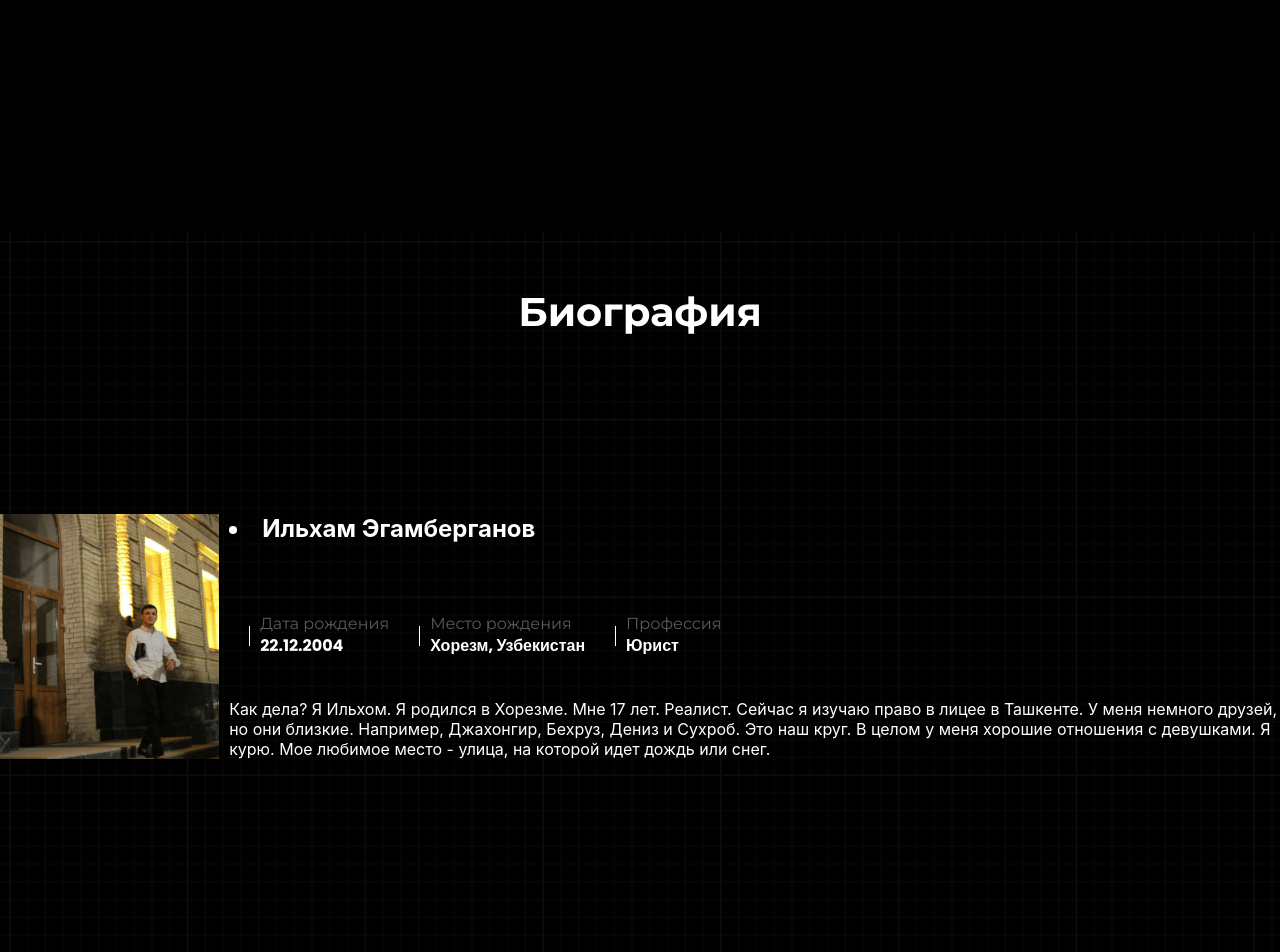
Repository: sardorexe/xishnik
Page: /
The author's editor kept a copy of each file at every save. The page is drawn from the files as they stood at one save, then again after the next save.
The browser window is 1280 px wide. The pictures show the part of the page from y = 488 to 1440 px (the page is 1440 px tall).
Pictures or frames that could not be fetched are drawn as grey boxes. Some icons come from a web library that is not loaded, so they are not drawn. Some web libraries are served in a nearby version. The project was rebuilt for these pictures with package versions that can differ from the ones it lists, and the page was loaded fresh each time. Some packages were replaced by stand-ins written for this rebuild. The framework's server and built-in components were replaced by stand-ins that run in the browser. Also part of the build but not shown: next.config.js.

Above is the page before, as saved 2021-09-27 16:10:48.

After the next save:
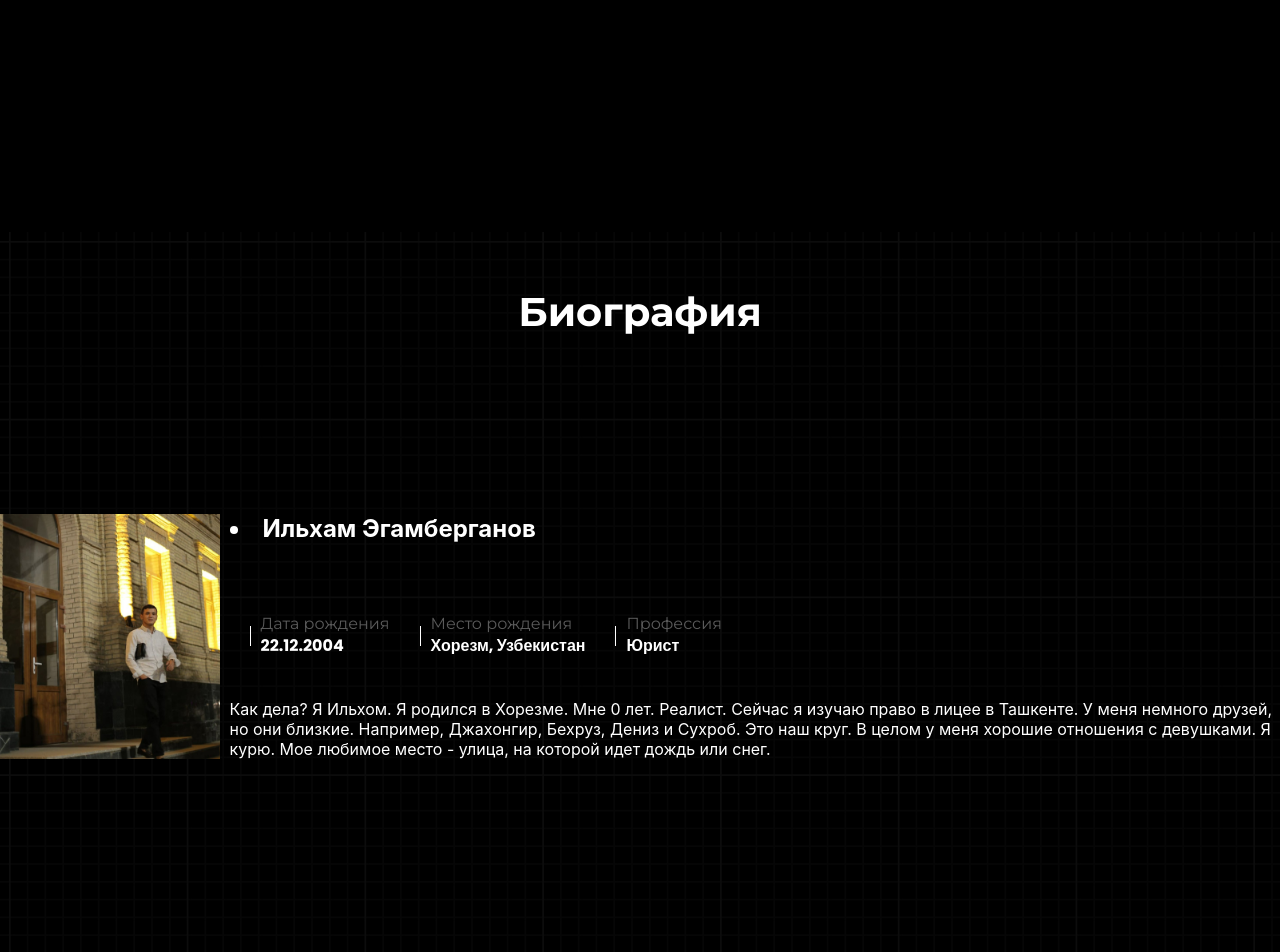
Saved 6 s later.
--- a/comps/Biography.js
+++ b/comps/Biography.js
@@ -43,11 +43,11 @@ export default function Biography() {
             />
           </div>
           <p className={styles.more}>
-            Как дела? Я Ильхом. Я родился в Хорезме. Мне 17 лет. Реалист. Сейчас
-            я изучаю право в лицее в Ташкенте. У меня немного друзей, но они
-            близкие. Например, Джахонгир, Бехруз, Дениз и Сухроб. Это наш круг.
-            В целом у меня хорошие отношения с девушками. Я курю. Мое любимое
-            место - улица, на которой идет дождь или снег.
+            Как дела? Я Ильхом. Я родился в Хорезме. Мне {age} лет. Реалист.
+            Сейчас я изучаю право в лицее в Ташкенте. У меня немного друзей, но
+            они близкие. Например, Джахонгир, Бехруз, Дениз и Сухроб. Это наш
+            круг. В целом у меня хорошие отношения с девушками. Я курю. Мое
+            любимое место - улица, на которой идет дождь или снег.
           </p>
         </div>
       </div>
